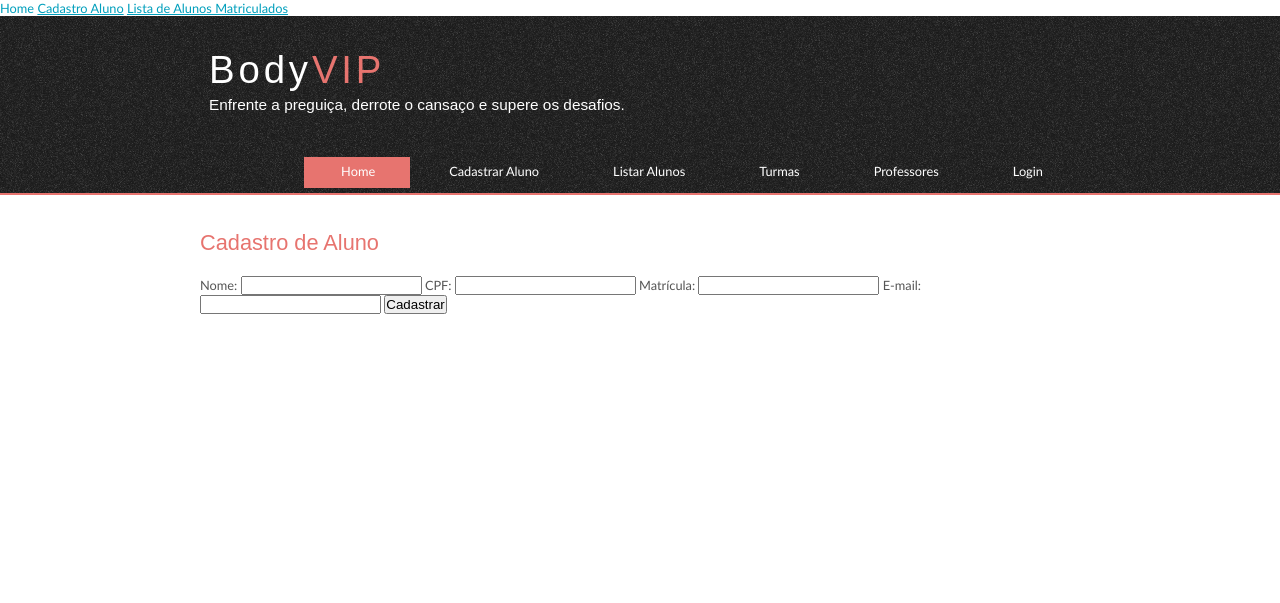
Repository: Thais-Ferreira/Projeto_bodyVIP
Page: http://localhost/BodyVIP/AlunoController?acao=cadastro
The author's editor kept a copy of each file at every save. The page is drawn from the files as they stood at one save, then again after the next save.
The browser window is 1280 px wide. The pictures show the whole page.
The page is served by Tomcat 9.

Above is the page before, as saved 2017-06-19 00:02:45.

After the next save:
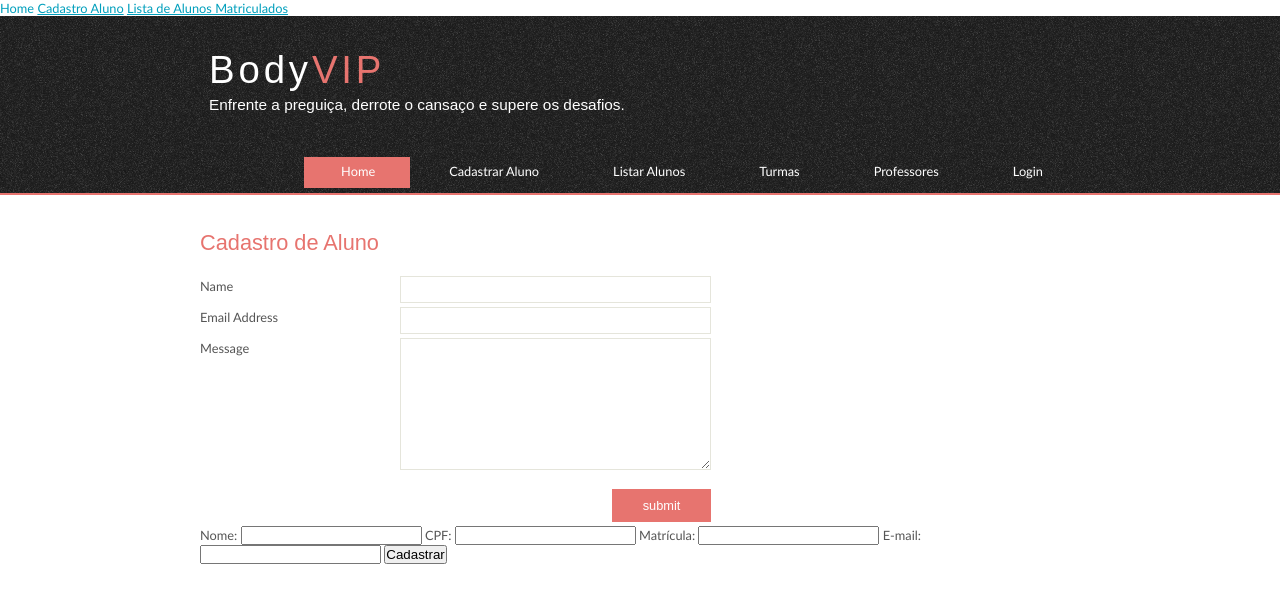
Saved 2 min 38 s later.
--- a/BodyVIP/WebContent/cadastro.jsp
+++ b/BodyVIP/WebContent/cadastro.jsp
@@ -33,7 +33,12 @@
     <div id="content_header"></div>
     <div id="site_content">
     <h1>Cadastro de Aluno</h1>
-
+    <div class="form_settings">
+            <p><span>Name</span><input class="contact" type="text" name="your_name" value="" /></p>
+            <p><span>Email Address</span><input class="contact" type="text" name="your_email" value="" /></p>
+            <p><span>Message</span><textarea class="contact textarea" rows="8" cols="50" name="your_enquiry"></textarea></p>
+            <p style="padding-top: 15px"><span>&nbsp;</span><input class="submit" type="submit" name="contact_submitted" value="submit" /></p>
+          </div>
 	<form action="SalvoCadastro.jsp" method="post">
 		<label>Nome:</label>
 		<input type="text" name="nome">
